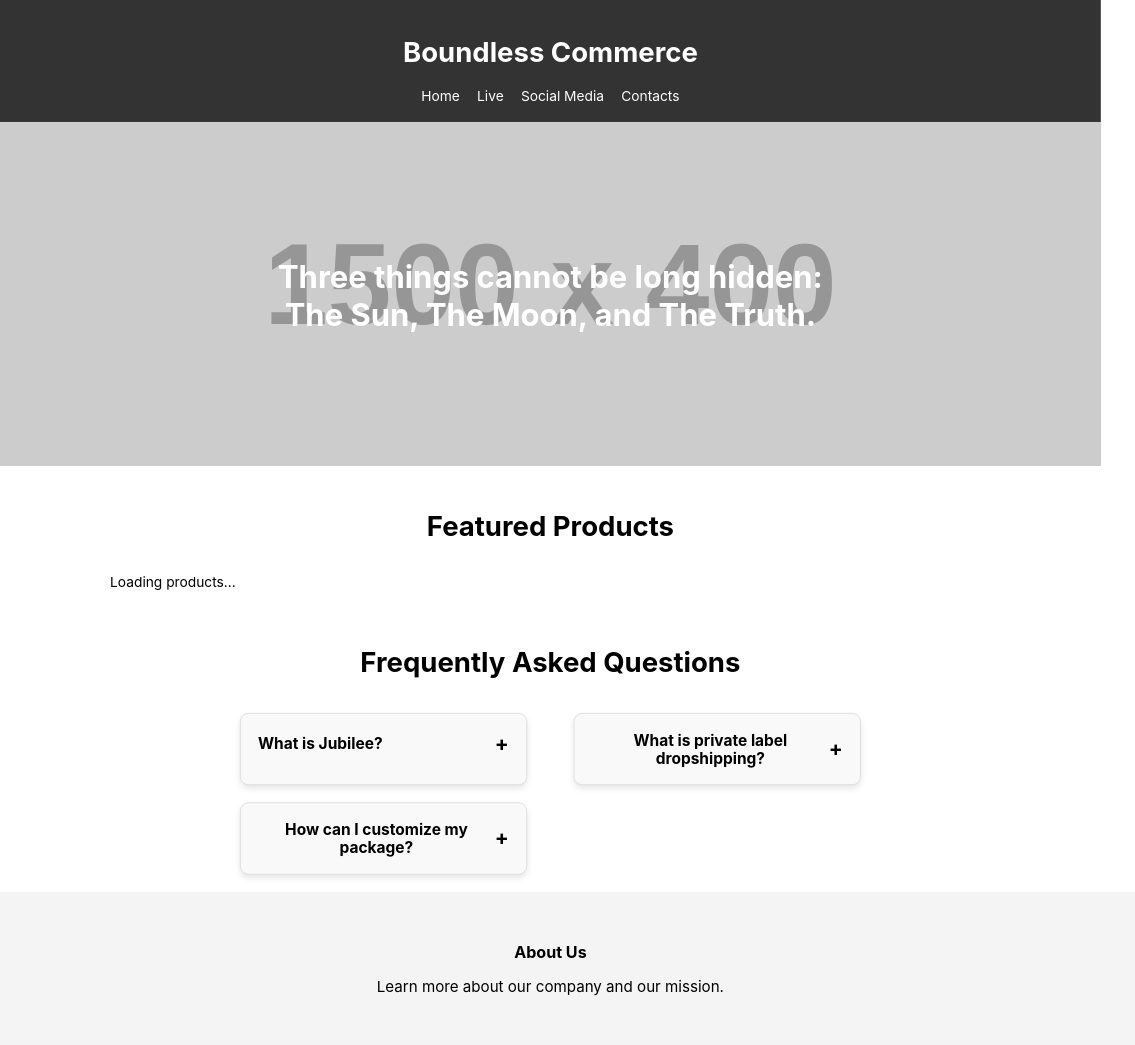
Repository: Nn-Exe/chunar-ecommerce
Page: / (app in ecommerce-frontend/)
The author's editor kept a copy of each file at every save. The page is drawn from the files as they stood at one save, then again after the next save.
The browser window is 1280 px wide. The page is 1320 px wide, so the pictures cover 1320 px, including what lies to the right of the window. The pictures show the whole page, at 86% of full size.
The page's requests for data from a server got no answer. The project was rebuilt for these pictures with package versions that can differ from the ones it lists, and the page was loaded fresh each time. No one was signed in, and anything a server would have sent is missing.

Above is the page before, as saved 2024-09-11 14:06:45.

After the next save:
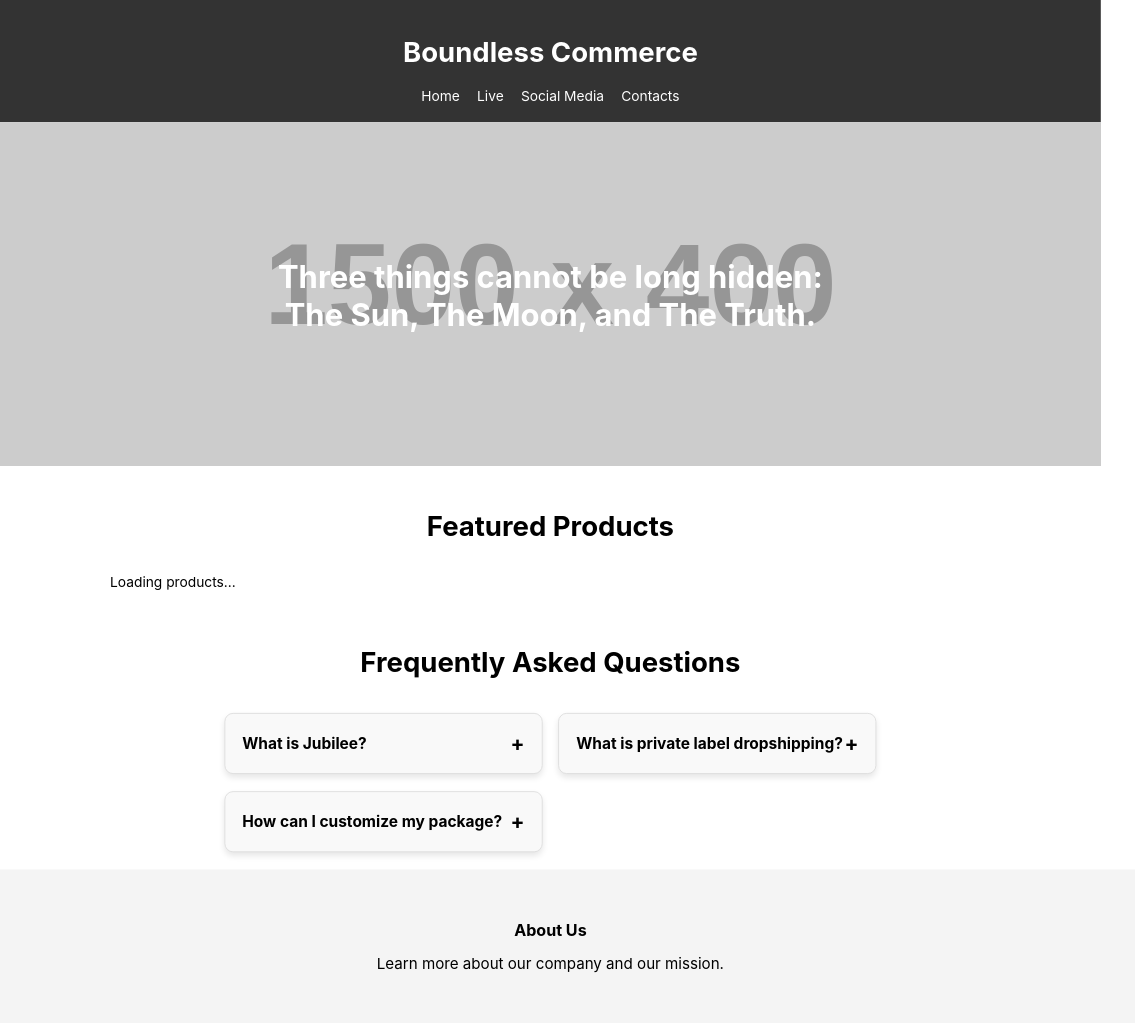
Saved 6 min 19 s later.
--- a/ecommerce-frontend/src/App.css
+++ b/ecommerce-frontend/src/App.css
@@ -141,6 +141,7 @@ nav ul li a {
 
 /* ----------- FAQ Section ---------------- */
 
+
 /* Center the FAQ section */
 .faq-section {
   max-width: 1200px;
@@ -157,16 +158,17 @@ nav ul li a {
 /* Grid layout for the FAQ items (excluding the header) */
 .faq-items {
   display: grid;
-  grid-template-columns: repeat(2, 1fr); /* Two columns per row */
+  grid-template-columns: repeat(2, minmax(0, 1fr)); /* Two columns per row, independent sizing */
   gap: 20px; /* Space between the FAQ items */
   justify-items: center; /* Center the items */
+  align-items: start; /* Align items at the top */
 }
 
 /* Style each FAQ item */
 .faq-item {
   border: 1px solid #ddd;
   border-radius: 10px;
-  width: 90%; /* Adjust the width of each bubble */
+  width: 100%; /* Ensure FAQ bubbles are the same size initially */
   background-color: #f9f9f9;
   box-shadow: 0 4px 8px rgba(0, 0, 0, 0.1);
   transition: transform 330ms ease-in-out; /* Smooth scaling transition */
@@ -174,11 +176,11 @@ nav ul li a {
 }
 
 .faq-item.active {
-  transform: scaleX(1.05); /* Slightly scale on toggle */
+  transform: scale(1.05); /* Scale up slightly on toggle */
 }
 
 .faq-item:hover {
-  transform: scaleX(1.02); /* Slightly enlarge on hover */
+  transform: scale(1.02); /* Slightly enlarge on hover */
 }
 
 /* Style the FAQ question (clickable area) */
